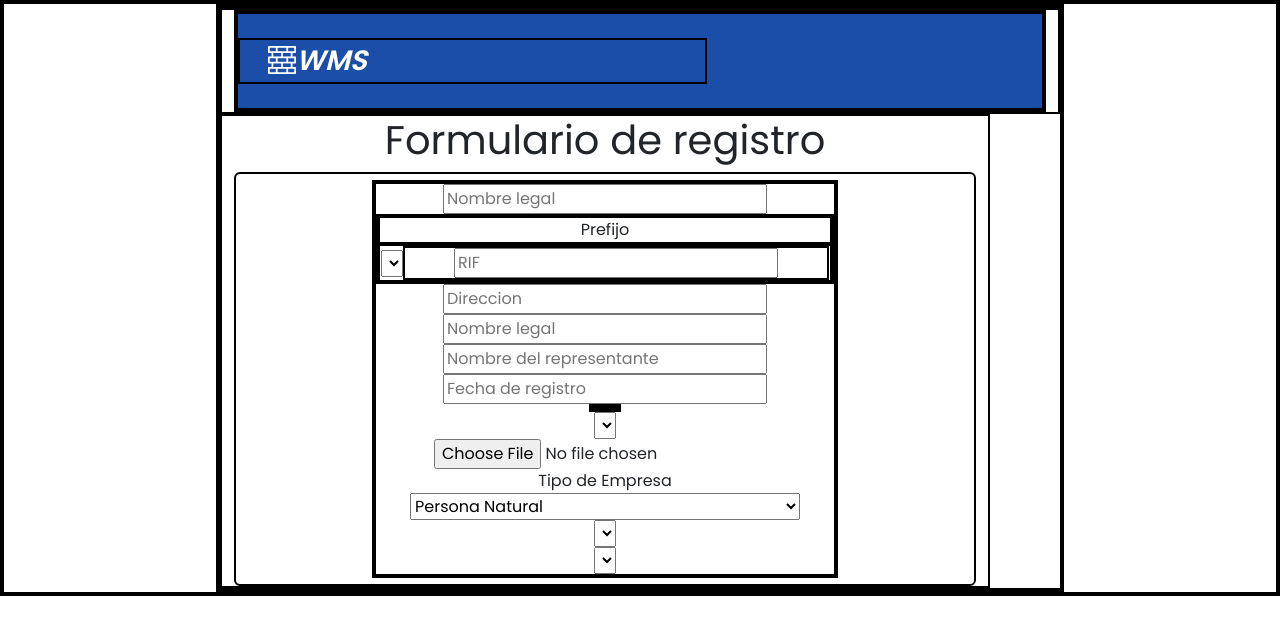
Repository: Rafa-x64/Gestion_inventario_practica
Page: http://localhost/Gestion_inventario/index.php?page=registro-empresa
An editor plug-in stored every save of this project. The page is shown before and after the next save, followed by the edit.
The browser window is 1280 px wide. The pictures show the whole page.
The page is run by PHP 8.4 with error messages shown; the project is at /var/www/html/.

Above is the page before, as saved 2025-07-23 17:03:42.

After the next save:
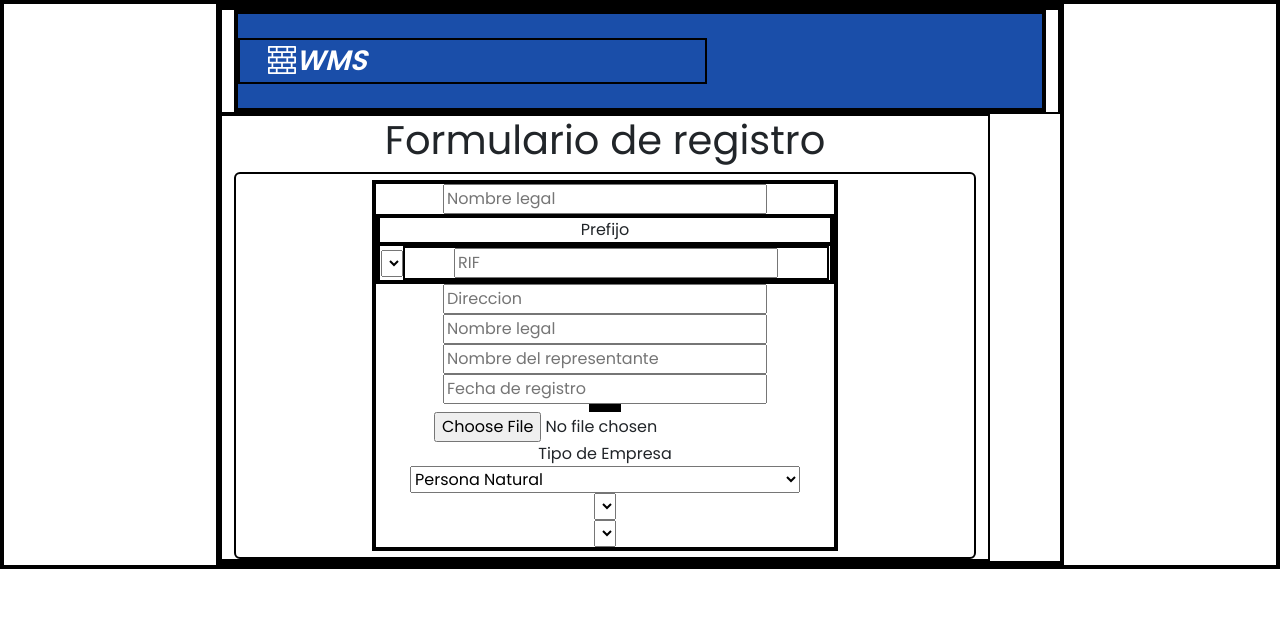
Saved 8 s later.
--- a/view/php/registro-empresa-view.php
+++ b/view/php/registro-empresa-view.php
@@ -55,10 +55,7 @@
 
                                     </div>
                                 </div>
-                                <select name="" id="">
-                                    <option value=""></option>
-                                    <option value=""></option>
-                                </select><input type="file" name="" id="logo"><label for="">Tipo de Empresa</label>
+                                <input type="file" name="" id="logo"><label for="">Tipo de Empresa</label>
                                 <select name="tipo_empresa" id="">
                                     <option value="persona_natural">Persona Natural</option>
                                     <option value="sociedad_anonima">Sociedad Anónima (S.A.)</option>

After the 3 saves that followed:
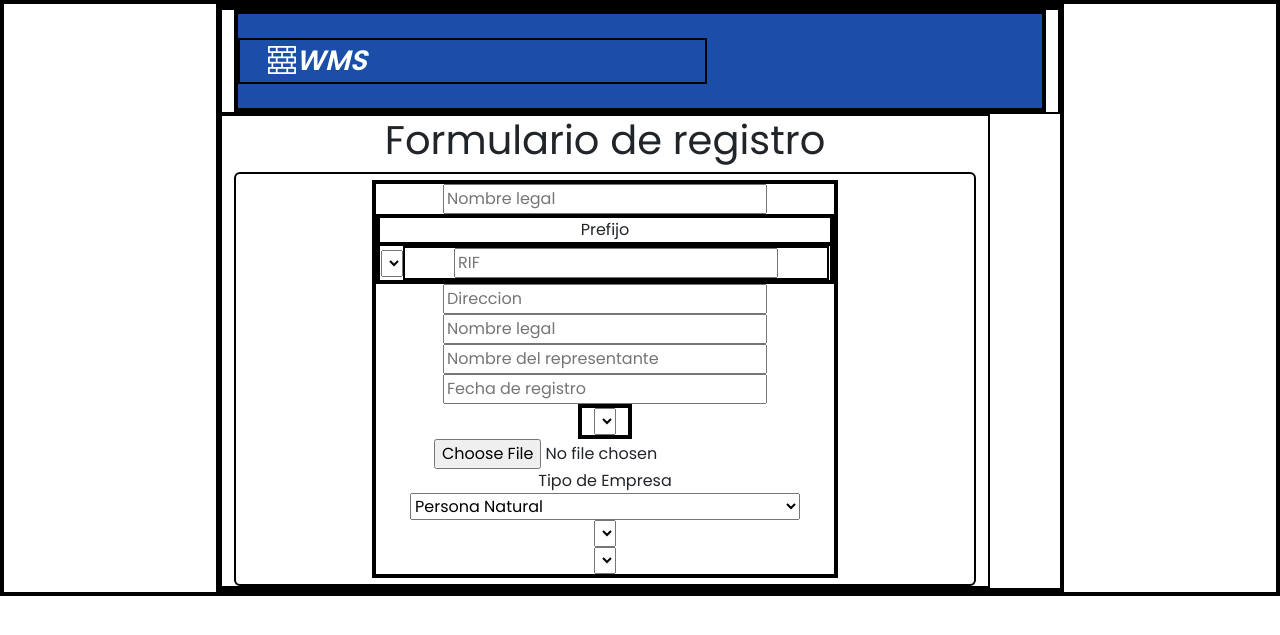
The 3 saves are shown as one change because they came seconds apart.
The last was saved 9 s later.
--- a/view/php/registro-empresa-view.php
+++ b/view/php/registro-empresa-view.php
@@ -52,10 +52,14 @@
                                 <input type="text" name="" id="nombre_representante" placeholder="Nombre del representante"><input type="text" name="" id="fecha_registro" placeholder="Fecha de registro">
                                 <div class="row">
                                     <div class="col-12">
-
+                                        <select name="" id="">
+                                            <option value=""></option>
+                                            <option value=""></option>
+                                        </select>
                                     </div>
                                 </div>
-                                <input type="file" name="" id="logo"><label for="">Tipo de Empresa</label>
+                                <input type="file" name="" id="logo">
+                                <label for="">Tipo de Empresa</label>
                                 <select name="tipo_empresa" id="">
                                     <option value="persona_natural">Persona Natural</option>
                                     <option value="sociedad_anonima">Sociedad Anónima (S.A.)</option>
